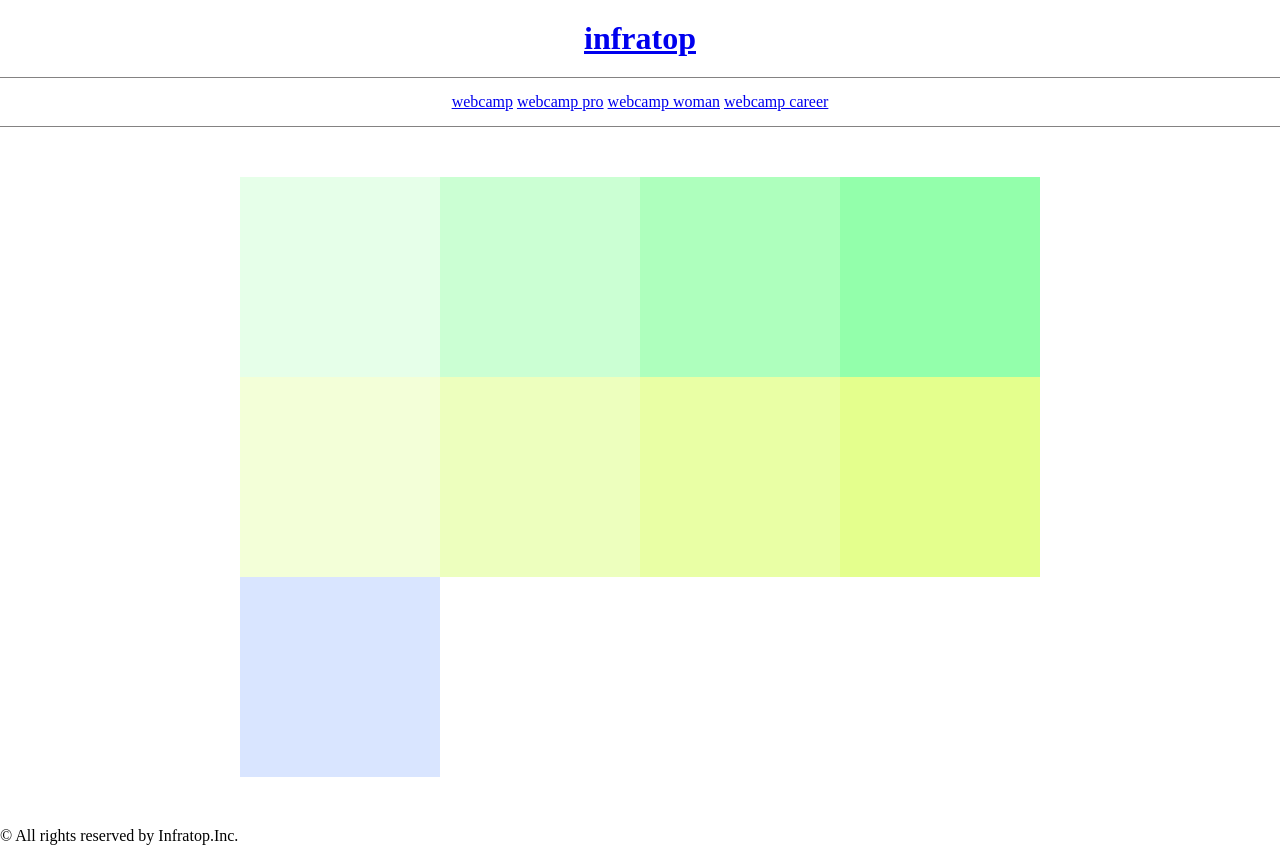
Repository: katayama-Web/html-practice
Page: chapter5_exsersize/chapter5_exesersize.html
The author's editor kept a record of every edit. The page is drawn from the files as they stood at one moment, then again after the next edit.
The browser window is 1280 px wide. The pictures show the whole page.

Above is the page before.

After the next edit:
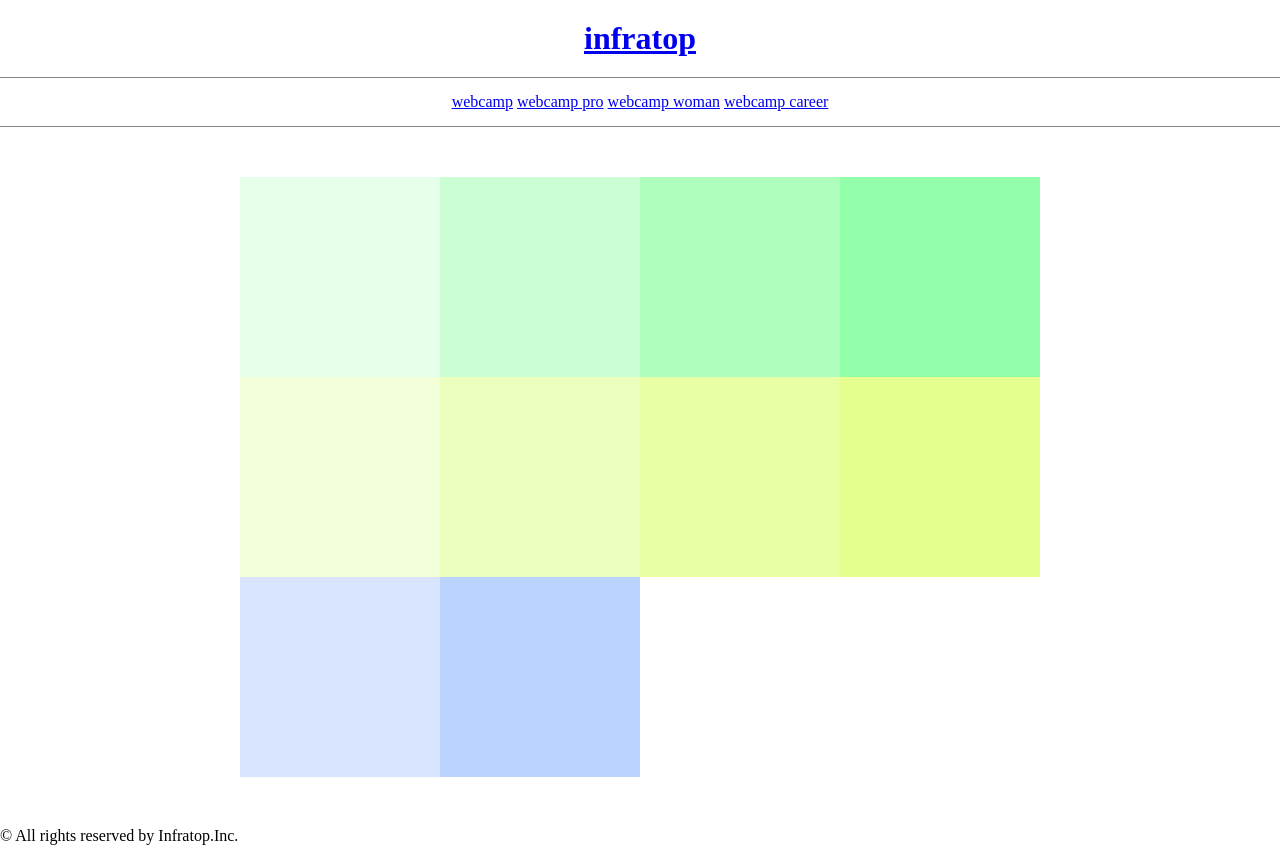
The edit:
--- a/chapter5_exsersize/chapter5_exsersize.css
+++ b/chapter5_exsersize/chapter5_exsersize.css
@@ -88,5 +88,11 @@
 .box10 {
   width: 200px;
   height: 200px;
+  background-color: #bad3ff;
+}
+
+.box11 {
+  width: 200px;
+  height: 200px;
   background-color: #;
 }
